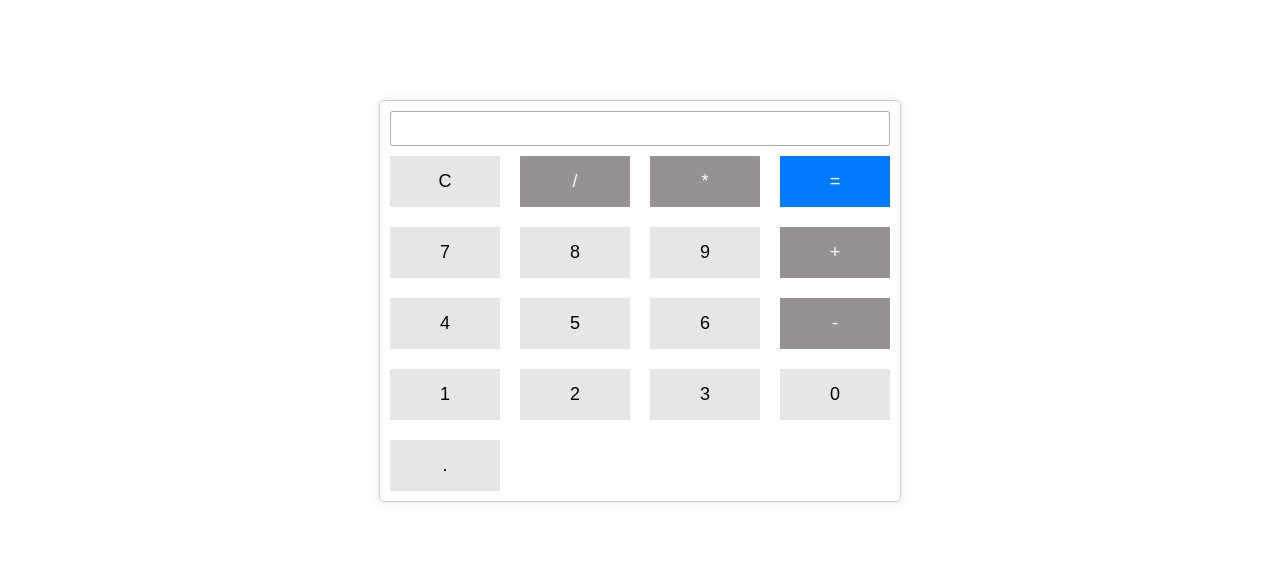
Repository: om9011/calculator
Page: index.html
The author's editor kept a copy of each file at every save. The page is drawn from the files as they stood at one save, then again after a run of saves.
The browser window is 1280 px wide. The pictures show the whole page.

Above is the page before, as saved 2024-02-21 11:17:18.

### index.html
<!DOCTYPE html>
<html lang="en">
<head>
  <meta charset="UTF-8">
  <meta name="viewport" content="width=device-width, initial-scale=1.0">
  <title>Calculator</title>
  <link rel="stylesheet" href="styles.css">
</head>
<body>
  <div class="calculator">
    <input type="text" id="display" readonly>
    <div class="buttons">
      <button onclick="clearDisplay()">C</button>
      <button class="operator" onclick="appendToDisplay('/')">/</button>
      <button class="operator" onclick="appendToDisplay('*')">*</button>
      <button class="calculate" onclick="calculate()">=</button>

      <button onclick="appendToDisplay('7')">7</button>
      <button onclick="appendToDisplay('8')">8</button>
      <button onclick="appendToDisplay('9')">9</button>
      <button class="operator" onclick="appendToDisplay('+')">+</button>

      <button onclick="appendToDisplay('4')">4</button>
      <button onclick="appendToDisplay('5')">5</button>
      <button onclick="appendToDisplay('6')">6</button>
      <button class="operator" onclick="appendToDisplay('-')">-</button>

      <button onclick="appendToDisplay('1')">1</button>
      <button onclick="appendToDisplay('2')">2</button>
      <button onclick="appendToDisplay('3')">3</button>
      <button onclick="appendToDisplay('0')">0</button>

      <button onclick="appendToDisplay('.')">.</button>
    </div>
  </div>
  <script src="script.js"></script>
</body>
</html>

### styles.css
.calculator {
  width: 500px;
  margin: 100px auto;
  border: 1px solid #ccc;
  padding: 10px;
  border-radius: 5px;
  box-shadow: 0 0 10px rgba(0, 0, 0, 0.1);
}

#display {
  width: calc(100% - 12px);
  margin-bottom: 10px;
  padding: 5px;
  font-size: 20px;
  border: 1.5px solid rgba(77, 77, 77, 0.447)  ;
  border-radius: 3px;
  outline: none;
}

.buttons {
  display: grid;
  grid-template-columns: repeat(4, 1fr);
  gap: 20px;
}

button {
  padding: 15px;
  font-size: 18px;
  border: none;
  outline: none;
  cursor: pointer;
  background-color: #e7e6e6;
  transition: background-color 0.3s ease;
}

button:hover {
  background-color: #e9ecef;
  color: black;
}

.operator {
  background-color: #969293;
  color: #fff;
}

.calculate {
  background-color: #007bff;
  color: #fff;
}

### script.js
function appendToDisplay(value) {
    document.getElementById('display').value += value;
  }

  function clearDisplay() {
    document.getElementById('display').value = '';
  }

  function calculate() {
    var display = document.getElementById('display');
    try {
      display.value = eval(display.value);
    } catch (error) {
      display.value = 'Error';
    }
  }

After the next 2 saves:
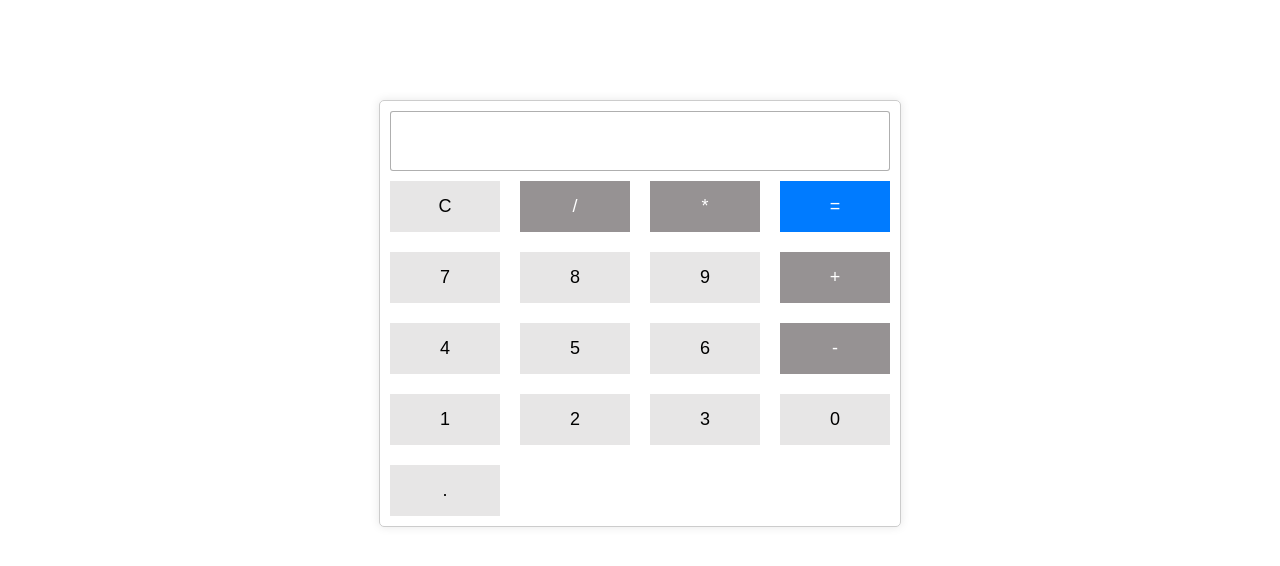
The 2 saves are shown as one change because they came seconds apart.
The last was saved 37 s later.
--- a/styles.css
+++ b/styles.css
@@ -9,6 +9,7 @@
 
 #display {
   width: calc(100% - 12px);
+  height: 48px;
   margin-bottom: 10px;
   padding: 5px;
   font-size: 20px;
